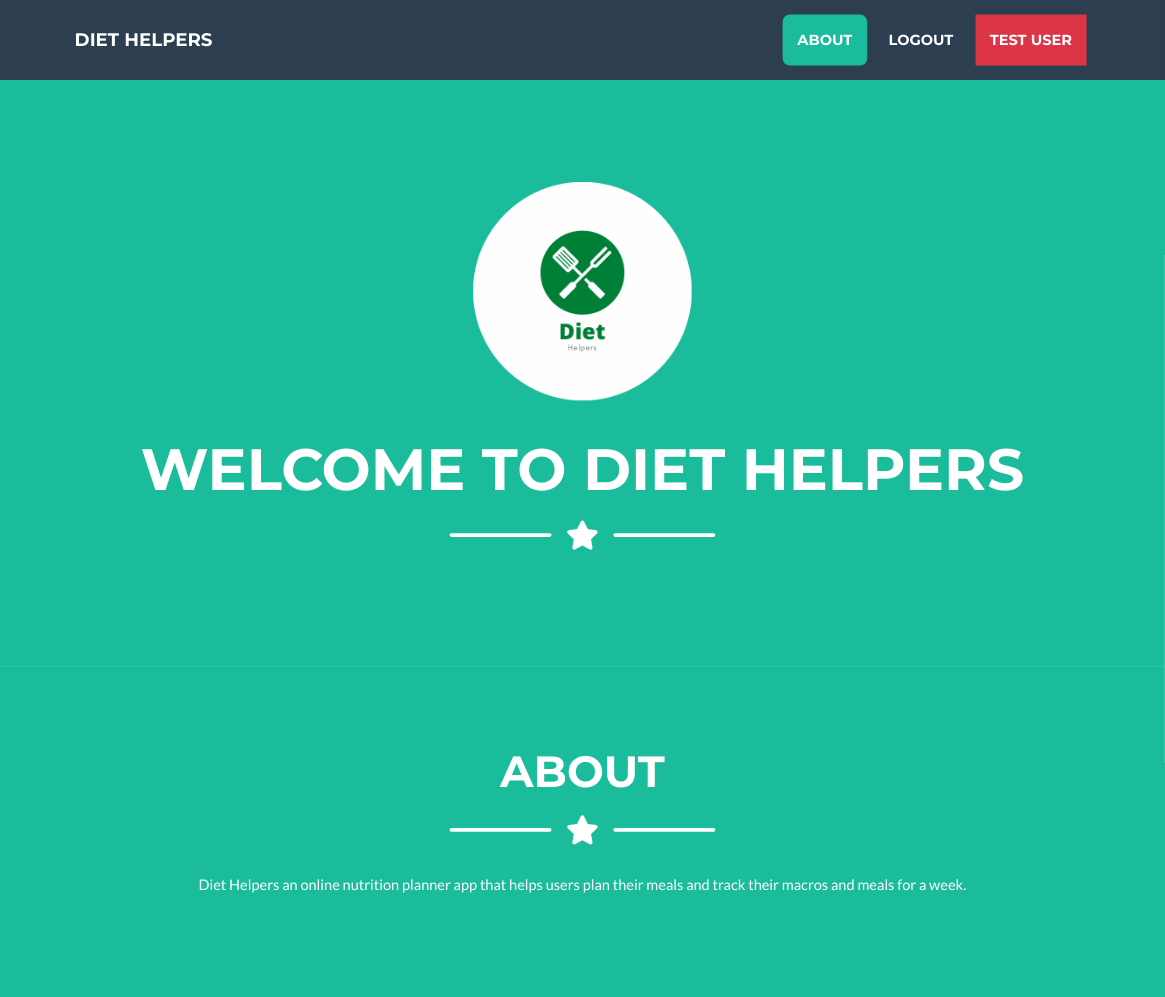
Repository: michaelrupp2002/GroupProjectCSCI4830
Page: http://localhost/signup/index.jsp
An editor plug-in stored every save of this project. The page is shown before and after the next save, followed by the edit.
The browser window is 1280 px wide. The pictures show the whole page, at 91% of full size.
The page is served by Tomcat 9. The session is filled in as if someone had signed in: {"name": "Test User"}.

Above is the page before, as saved 2024-04-18 03:12:36.

After the next save:
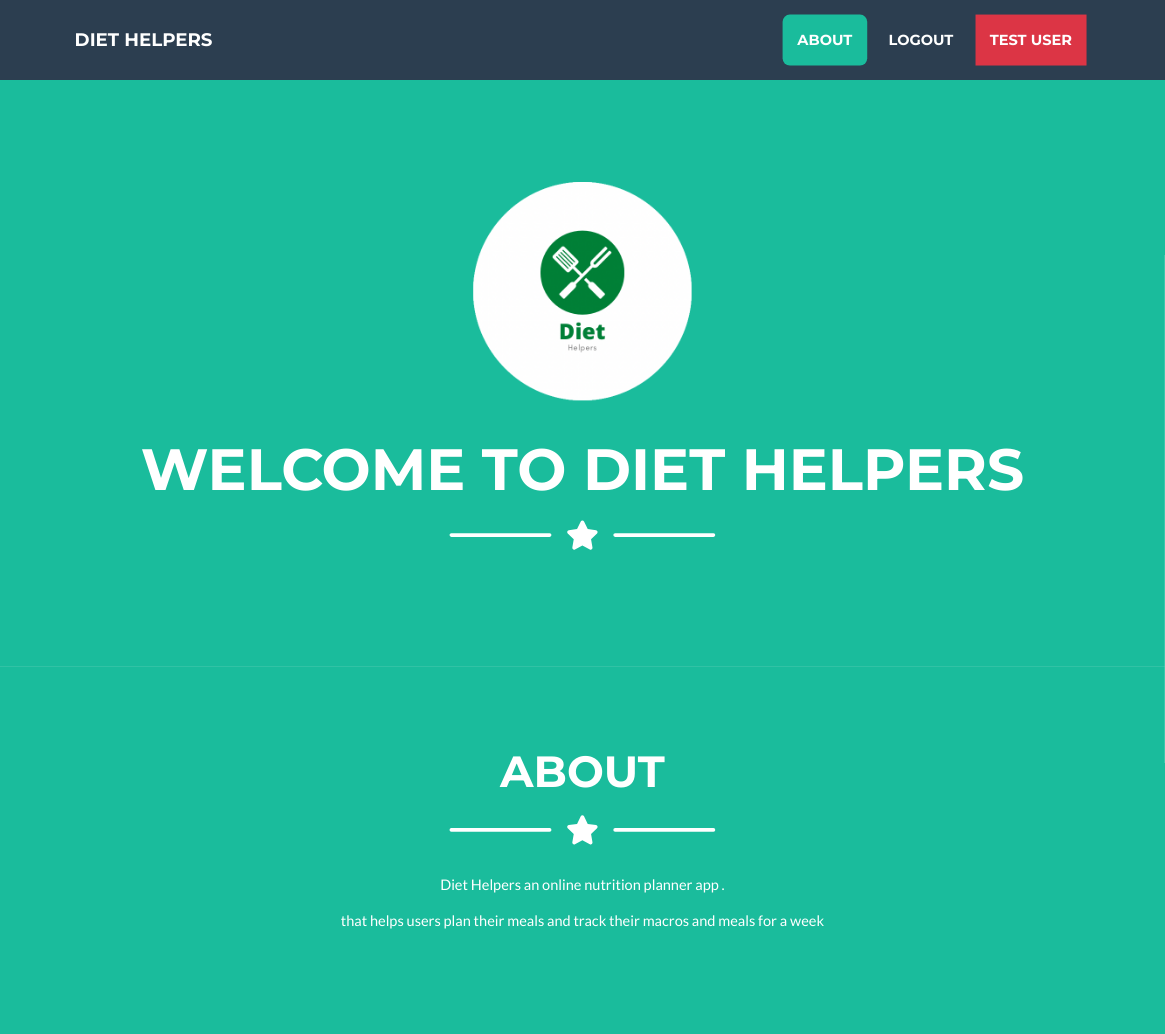
Saved 77 s later.
--- a/loginPage/signup/src/main/webapp/index.jsp
+++ b/loginPage/signup/src/main/webapp/index.jsp
@@ -96,7 +96,9 @@
 
 			<!-- About Section Content-->
 			<div class="row">
-			<p class="text-center text-white">Diet Helpers an online nutrition planner app that helps users plan their meals and track their macros and meals for a week.</p>
+			<p class="text-center text-white">Diet Helpers an online nutrition planner app
+			.</p>
+			<p class="text-center text-white">that helps users plan their meals and track their macros and meals for a week</p>
 
 
 
